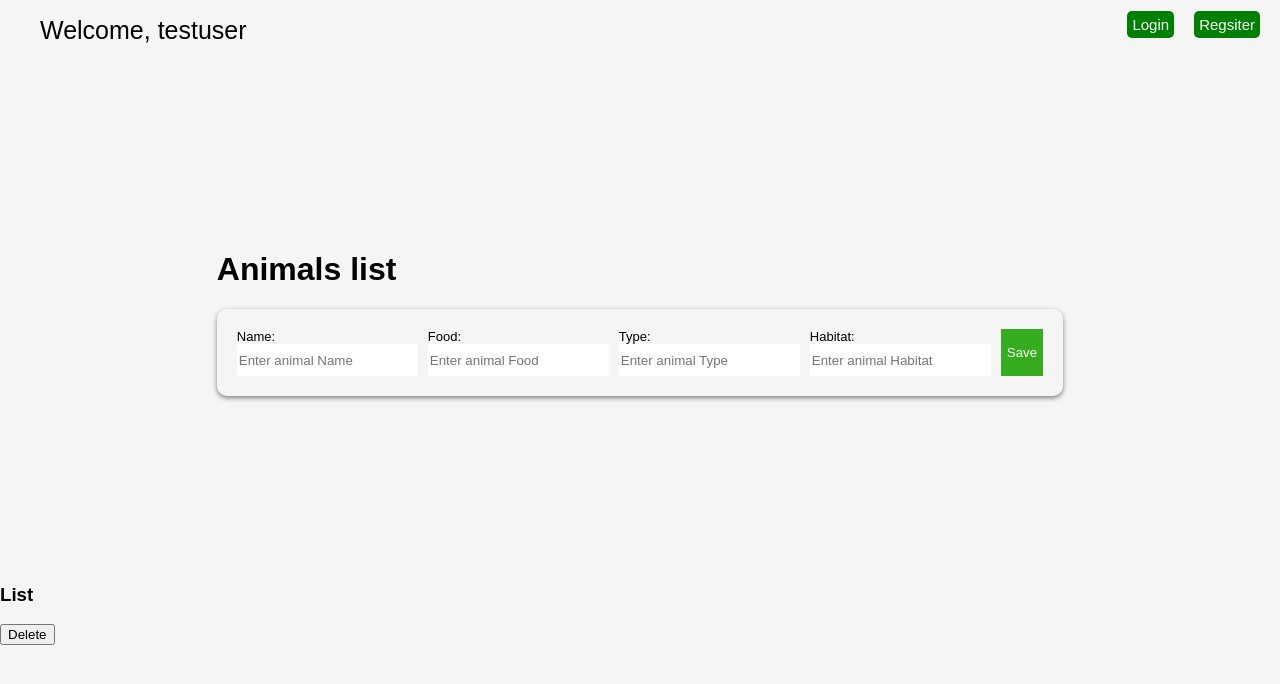
Repository: Dennis-star1001/PHP-CRUD
Page: http://localhost/
An editor plug-in stored every save of this project. The page is shown before and after the next save, followed by the edit.
The browser window is 1280 px wide. The pictures show the whole page.
The page is run by PHP 8.4 with error messages shown; the project is at /var/www/html/. The session is filled in as if someone had signed in: {"id": 1, "username": "testuser"}. Queries for data that is not in the repository find no rows.

Above is the page before, as saved 2022-07-06 20:05:47.

### index.php
<?php

require("backend.php");


// if(!isset($_SESSION['id'])){
//     header("Location: login.php");
//     exit;
// }
?>
<?php
$err = "";
$success = '';
$clas = '';
if (isset($_GET['err'])) {
    $err = $_GET['err'];
    $clas = 'error';
} elseif (isset($_GET['success'])) {
    $success = $_GET['success'];
    $clas = 'success';
}

?>
<!DOCTYPE html>
<html lang="en">

<head>
    <meta charset="UTF-8">
    <meta http-equiv="X-UA-Compatible" content="IE=edge">
    <meta name="viewport" content="width=device-width, initial-scale=1.0">
    <link rel="stylesheet" href="style.css">

    <title>Document</title>
</head>

<body>
    <nav>
        <ul>
            <div class="main_nav">
                <?php echo "<li class='welcome'>" . "Welcome, " . $_SESSION['username'] . "</li>" ?>
                <div class="nav-links">
                    <li><a href="login.php">Login</a></li>
                    <li><a href="register.php">Regsiter</a></li>
                </div>

            </div>

        </ul>
    </nav>

    <div class="main-animal">
        <div class="animal-container">
            <div class="lef">
                <h1 class="title">Animals list</h1>
                <?php echo "<div class='$clas'>$success</div>" ?>
                <?php echo "<div class='$clas'>$err</div>" ?>

                <form method="POST" action="animals.php" class="animal-list">
                    <div class="input-field">
                        <label for="name">Name:</label>
                        <input type="text" placeholder="Enter animal Name" name='name'>
                    </div>

                    <div class="input-field">
                        <label for="name">Food:</label>
                        <input type="text" placeholder="Enter animal Food" name='food'>
                    </div>

                    <div class="input-field">
                        <label for="name">Type:</label>
                        <input type="text" placeholder="Enter animal Type" name='type'>
                    </div>


                    <div class="input-field">
                        <label for="name">Habitat:</label>
                        <input class="text-input" type="text" placeholder="Enter animal Habitat" name='habitat'>
                    </div>

                    <button type='submit' value="Save" class="submit" name="save">Save</button>
                </form>
            </div>
        </div>
        <div>
            <div>
                <h3>List</h3>
                <button>Delete</button>
        </div>
          <?php
          $sql = "SELECT * FROM animals ";
          $query = mysqli_query($conn, $sql);
          while($row = mysqli_fetch_array($query)){
            echo "<table>";
            echo "<tr>";
            echo "<td>{$row['id']}</td>";
            echo "<td> <b>Animal Name: </b>{$row['Name']},</td>";
            echo "<td> <b>Animal Food: </b>{$row['Food']},</td>";
            echo "<td><b>Animal Type: </b>{$row['Type']},</td>";
            echo " <td><b>Animal Habitat: </b> {$row['Habitat']}</td>";
            echo " <button>Delete</button>";
            echo "</tr>";
            echo "</table>";

          }
          ?>
        </div>
    </div>
</body>

</html>

### backend.php
<?php
session_start();
require("connection.php");

if (isset($_POST['register'])) {
    $username = $_POST['username'];
    $email = $_POST['email'];
    $password = $_POST['password'];
    $phone = $_POST['phone'];

    if (empty($username) || empty($email) || empty($password) || empty($phone)) {
        header("Location: register.php?err=Empty field not allowed!");
        exit;
    }

    //check if existed
    $Select_sql = "SELECT * FROM register WHERE username = '$username' AND phone = '$phone'";

    $query =  mysqli_query($conn, $Select_sql);


    if (mysqli_num_rows($query) > 0) {
        header("Location: register.php?err=This user already exist");
        exit;
    } else {
        $Insert_sql = "INSERT INTO register SET username = '$username', email='$email', password='$password', phone = '$phone'";
        mysqli_query($conn, $Insert_sql);
        header("Location: login.php?success=You can now register");
    }
}


if (isset($_POST['login'])) {
    $username = $_POST['username'];

    $password = $_POST['password'];


    if (empty($username) || empty($password)) {
        header("Location: login.php?err=Empty field not allowed!");
        exit;
    }else{

    }

    $Select_sql = "SELECT * FROM register WHERE username = '$username' AND password = '$password'";
    $query = mysqli_query($conn, $Select_sql);
    if (mysqli_num_rows($query) > 0) {
        $row = mysqli_fetch_array($query);
        $_SESSION['id'] = $row['id'];
        $_SESSION['username'] = $row['username'];
        $_SESSION['password'] = $row['password'];
        header("Location: index.php?success=Logged in...");
    } else {
        header("Location: login.php?err=User not found!");
        exit;
    }

}
if (isset($_POST['save'])) {
    echo "Saved";
    $name = $_POST['name'];
    $Food = $_POST['food'];
    $Type = $_POST['type'];
    $Habitat = $_POST['habitat'];
    echo $name;
    if (empty($name) || empty($Food) || empty($Type) || empty($Habitat)) {

        header("Location: index.php?err=Empty field not allowed!");
        exit;
    } else {
        $Insert_sql = "INSERT INTO animals SET  Name='$name', Food='$Food', Type='$Type', Habitat='$Habitat'";
        mysqli_query($conn, $Insert_sql);
        header("Location: index.php?success=Successfully submited list!");

    }

}

### connection.php
<?php
$conn = mysqli_connect("localhost", "root", "", "Wild_animals");
if(!$conn){
die("Connection failed: " . mysqli_connect_error());
}

### style.css
body {
    margin: 0px;
    font-family: sans-serif;
    background-color: whitesmoke;

}

.heading{

    text-align: center;

}

.container{
    display: flex;
    justify-content: center;
    align-items: center;
    height: 100vh;
}
.animal-container{
    display: flex;
    justify-content: center;
    align-items: center;
    height: 70vh;
}
.left{
    display: flex;
    flex-direction: column;
    width: 20%;
    /* border: 1px solid black; */
    box-shadow: 0 2px 5px gray;
    border-radius: 10px;
    padding: 20px;
    gap: 10px;
}
.animal-list{
    display: flex;

    /* border: 1px solid black; */
    box-shadow: 0 2px 5px gray;
    border-radius: 10px;
    padding: 20px;
    gap: 10px;
}
.input-field{
    display: flex;
    flex-direction: column;
}
input{
    height: 30px;
    border: none;

}
input:focus{
    outline: none;
    border-bottom: 1px solid gray;
}
label{
    font-size: 13px;
}
.submit{
    background-color: rgb(54, 173, 30);
    border: none;
    color: white;
}
.main_nav{
display: flex;
justify-content: space-between;
}
.welcome{
    list-style: none;
    font-size: 25px;
}
.error {

    width: 100%;
    background-color: pink;
    color: red;
    font-family: sans-serif;
    display: flex;
    justify-content: center;
    align-items: center;
    font-size: 15px;


}

.success {
    height: 5%;
    width: 100%;
    background-color: lightgreen;
    color: green;
    font-family: sans-serif;
    display: flex;
    justify-content: center;
    align-items: center;
    font-size: 15px;
}
p{
    font-size: 11px;
    text-align: center;
}
.nav-links{
    display: flex;
    list-style: none;
    justify-content: right;
    padding-right: 10px;

}

.nav-links li a{
    padding: 5px;
    border-radius: 5px;
    margin: 5px 10px;
    font-size: 15px;
    text-decoration: none;
    color: white;
    background-color: green;
}
.animal-output{
    display: flex;
}
/* .main-animal{
    display: flex;
    justify-content: center;
    flex-direction: column;
    align-items: center;
} */

After the next save:
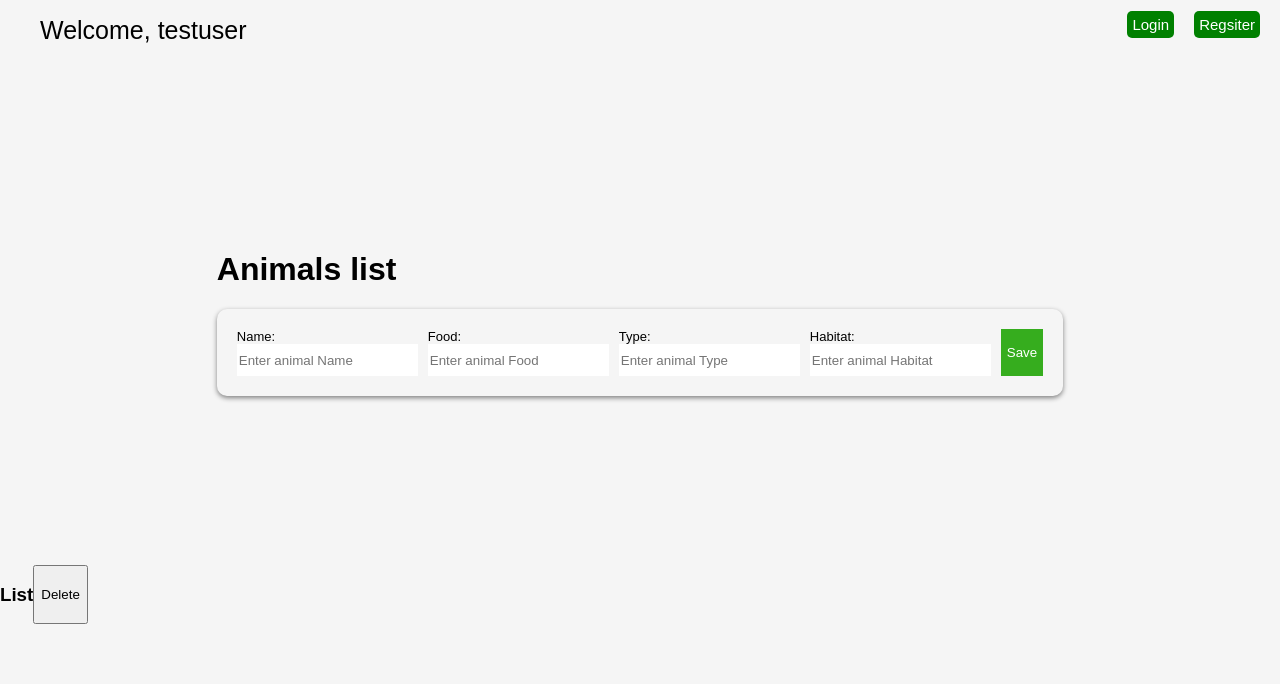
Saved 3 s later.
--- a/index.php
+++ b/index.php
@@ -82,27 +82,26 @@ if (isset($_GET['err'])) {
             </div>
         </div>
         <div>
-            <div>
+            <div class='animal-output'>
                 <h3>List</h3>
                 <button>Delete</button>
-        </div>
-          <?php
-          $sql = "SELECT * FROM animals ";
-          $query = mysqli_query($conn, $sql);
-          while($row = mysqli_fetch_array($query)){
-            echo "<table>";
-            echo "<tr>";
-            echo "<td>{$row['id']}</td>";
-            echo "<td> <b>Animal Name: </b>{$row['Name']},</td>";
-            echo "<td> <b>Animal Food: </b>{$row['Food']},</td>";
-            echo "<td><b>Animal Type: </b>{$row['Type']},</td>";
-            echo " <td><b>Animal Habitat: </b> {$row['Habitat']}</td>";
-            echo " <button>Delete</button>";
-            echo "</tr>";
-            echo "</table>";
-
-          }
-          ?>
+            </div>
+            <?php
+            $sql = "SELECT * FROM animals ";
+            $query = mysqli_query($conn, $sql);
+            while ($row = mysqli_fetch_array($query)) {
+                echo "<table>";
+                echo "<tr>";
+                echo "<td>{$row['id']}</td>";
+                echo "<td> <b>Animal Name: </b>{$row['Name']},</td>";
+                echo "<td> <b>Animal Food: </b>{$row['Food']},</td>";
+                echo "<td><b>Animal Type: </b>{$row['Type']},</td>";
+                echo " <td><b>Animal Habitat: </b> {$row['Habitat']}</td>";
+                echo " <button>Delete</button>";
+                echo "</tr>";
+                echo "</table>";
+            }
+            ?>
         </div>
     </div>
 </body>
